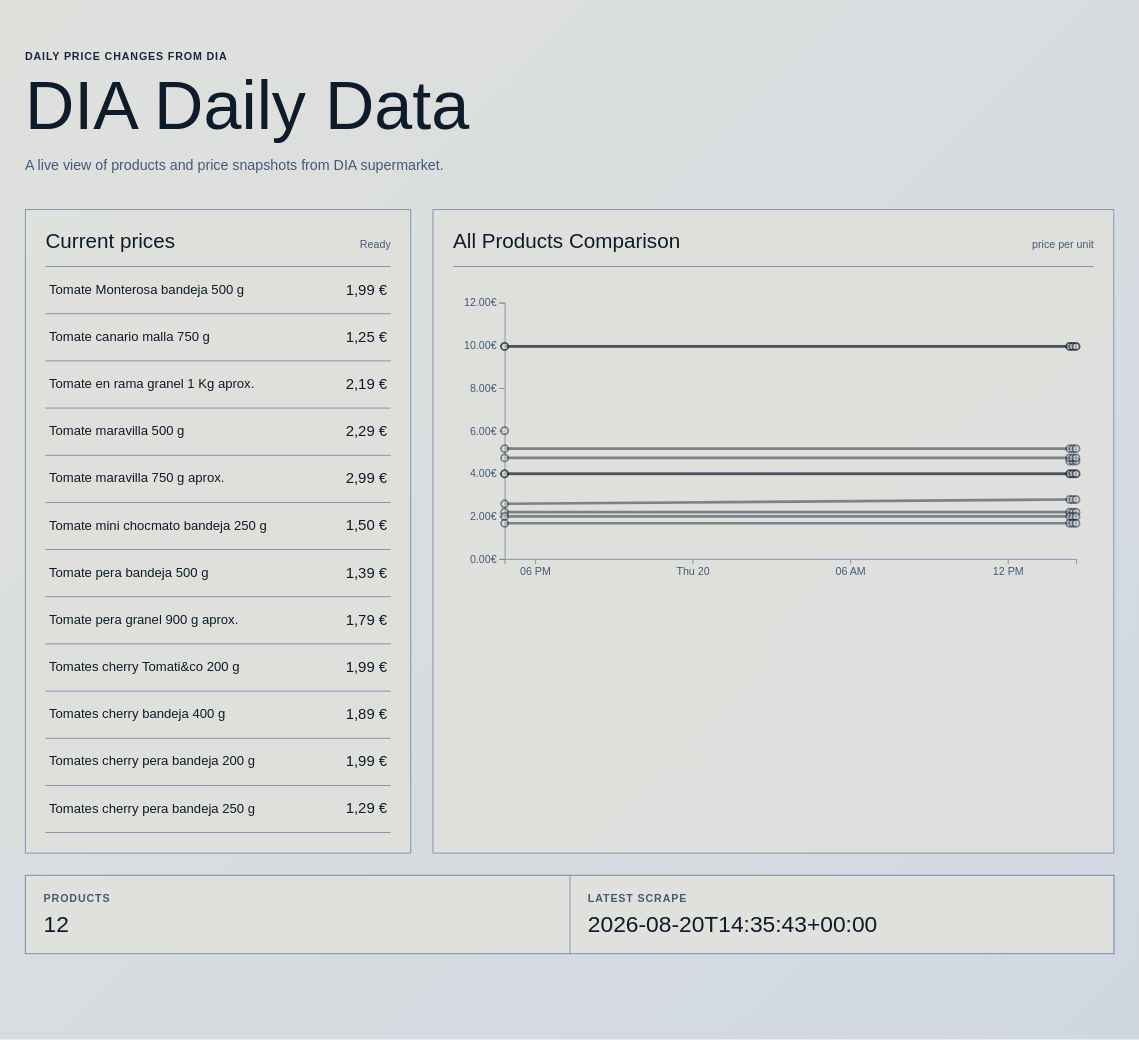
Repository: lloop/dia-daily-data
Page: http://localhost/
An editor plug-in stored every save of this project. The page is shown before and after the next save, followed by the edit.
The browser window is 1280 px wide. The pictures show the whole page, at 89% of full size.
The page is served by the project's application, run on Flask 3 (app.py). Other server files are loaded and not shown. The page reads the database file committed with the project.

Above is the page before, as saved 2026-08-20 17:21:02.

### templates/index.html
<!doctype html>
<html lang="en">
<head>
  <meta charset="utf-8">
  <meta name="viewport" content="width=device-width, initial-scale=1">
  <title>Daily Price Changes From DIA</title>
  <link rel="stylesheet" href="{{ url_for('static', filename='styles.css') }}">
</head>
<body>
  <main class="dashboard">
    <header class="dashboard__header">
      <p class="eyebrow">Daily Price Changes From DIA</p>
      <h1>DIA Daily Data</h1>
      <p class="lede">A live view of products and price snapshots from DIA supermarket.</p>
    </header>

    <section class="content-grid">
      <div class="panel">
        <div class="panel__heading">
          <h2>Current prices</h2>
          <span id="status">Loading...</span>
        </div>
        <div id="product-list" class="product-list"></div>
      </div>

      <div class="panel panel--chart">
        <div class="panel__heading">
          <h2 id="chart-title">Price history</h2>
          <span id="chart-unit"></span>
        </div>
        <svg id="price-chart" role="img" aria-label="Selected product price history"></svg>
        <p id="empty-chart" class="empty-state">Select a product to inspect its price history.</p>
      </div>
    </section>

    <section class="summary" aria-label="Database summary">
      <div><span class="summary__label">Products</span><strong id="product-count">-</strong></div>
      <div><span class="summary__label">Latest scrape</span><strong id="latest-scrape">-</strong></div>
    </section>

  </main>

  <script src="https://cdn.jsdelivr.net/npm/d3@7"></script>
  <script src="{{ url_for('static', filename='app.js') }}"></script>
</body>
</html>

### app.py
"""Flask server for exploring scraped DIA product and price data."""

import json
import sqlite3
from pathlib import Path

from flask import Flask, jsonify, render_template

from config import DATABASE_FILE


def create_app(database_path=None):
    """Create the Flask application, optionally using a test database."""
    app = Flask(__name__)
    app.config['DATABASE_FILE'] = Path(database_path or DATABASE_FILE)

    def query_database(query, parameters=()):
        database_file = app.config['DATABASE_FILE']
        if not database_file.exists():
            return []

        with sqlite3.connect(database_file) as connection:
            connection.row_factory = sqlite3.Row
            return [dict(row) for row in connection.execute(query, parameters)]

    @app.get('/')
    def index():
        return render_template('index.html')

    @app.get('/api/products')
    def products():
        rows = query_database(
            """
            SELECT
                products.id,
                products.name,
                products.item_type,
                products.metadata_json,
                latest.price,
                latest.currency,
                latest.raw_price_per_unit,
                latest.unit_price_eur,
                latest.availability,
                latest.scraped_at
            FROM products
            LEFT JOIN price_logs AS latest
                ON latest.id = (
                    SELECT price_logs.id
                    FROM price_logs
                    WHERE price_logs.product_id = products.id
                    ORDER BY price_logs.scraped_at DESC, price_logs.id DESC
                    LIMIT 1
                )
            ORDER BY products.name
            """
        )

        for row in rows:
            row['metadata'] = json.loads(row.pop('metadata_json') or '{}')

        return jsonify(rows)

    @app.get('/api/products/<int:product_id>/price-history')
    def price_history(product_id):
        rows = query_database(
            """
            SELECT price, currency, raw_price_per_unit, unit_price_eur,
                   availability, scraped_at
            FROM price_logs
            WHERE product_id = ?
            ORDER BY scraped_at, id
            """,
            (product_id,),
        )
        return jsonify(rows)

    return app


app = create_app()


if __name__ == '__main__':
    app.run(debug=True)

### static/styles.css
:root {
  color-scheme: light;
  --ink-black: #0d1b2a;
  --prussian-blue: #1b263b;
  --dusk-blue: #415a77;
  --dusty-denim: #778da9;
  --alabaster-grey: #e0e1dd;
  --ink: var(--ink-black);
  --muted: var(--dusk-blue);
  --paper: var(--alabaster-grey);
  --panel: var(--alabaster-grey);
  --line: var(--dusty-denim);
  --accent: var(--prussian-blue);
  --accent-soft: rgba(119, 141, 169, 0.2);
}

* { box-sizing: border-box; }
body { margin: 0; background: linear-gradient(135deg, var(--alabaster-grey), rgba(119, 141, 169, 0.35)); color: var(--ink); font-family: Arial, Helvetica, sans-serif;}
.dashboard { max-width: 1280px; margin: 0 auto; padding: 56px 28px 72px; }
.dashboard__header { max-width: 700px; margin-bottom: 36px; }
.eyebrow, .summary__label, #status, #chart-unit { font: 600 0.75rem/1.2 Arial, sans-serif; letter-spacing: 0.08em; text-transform: uppercase; }
.eyebrow { color: var(--accent); margin: 0 0 12px; }
h1 { font-size: clamp(2.5rem, 6vw, 5.25rem); line-height: 0.95; margin: 0 0 18px; font-weight: 500; }
.lede { color: var(--muted); font: 1rem/1.6 Arial, sans-serif; margin: 0; }
.summary { display: flex; gap: 1px; margin-bottom: 24px; background: var(--line); border: 1px solid var(--line); }
.summary > div { flex: 1; background: var(--panel); padding: 18px 20px; }
.summary__label { display: block; color: var(--muted); margin-bottom: 8px; }
.summary strong { font-size: 1.6rem; font-weight: 500; }
.content-grid { display: grid; grid-template-columns: minmax(260px, 0.85fr) minmax(420px, 1.5fr); gap: 24px; margin-bottom: 24px;}
.panel { background: rgba(224, 225, 221, 0.92); border: 1px solid var(--line); padding: 22px; min-height: 420px; }
.panel__heading { display: flex; align-items: baseline; justify-content: space-between; gap: 16px; border-bottom: 1px solid var(--line); padding-bottom: 14px; }
h2 { font-size: 1.45rem; font-weight: 500; margin: 0; }
#status, #chart-unit { color: var(--muted); letter-spacing: 0; text-transform: none; font-weight: 400; }
.product-list { display: grid; }
.product-button { display: flex; justify-content: space-between; gap: 16px; width: 100%; text-align: left; border: 0; border-bottom: 1px solid var(--line); background: transparent; color: inherit; padding: 16px 4px; cursor: pointer; }
.product-button:hover, .product-button.is-selected { background: var(--accent-soft); padding-left: 10px; padding-right: 10px; }
.product-name { font: 0.92rem/1.35 Arial, sans-serif; }
.product-price { white-space: nowrap; font-size: 1.05rem; }
#price-chart { width: 100%; height: 350px; margin-top: 20px; overflow: visible; }
.axis text { fill: var(--muted); font: 12px Arial, sans-serif; }
.axis path, .axis line { stroke: var(--line); }
.chart-line { fill: none; stroke: var(--accent); stroke-width: 3; }
.chart-dot { fill: var(--panel); stroke: var(--accent); stroke-width: 2; }
.empty-state { color: var(--muted); font: 0.95rem/1.5 Arial, sans-serif; }
@media (max-width: 800px) { .dashboard { padding: 34px 16px 48px; } .content-grid { grid-template-columns: 1fr; } .summary { flex-direction: column; } .panel--chart { min-height: 360px; } }

### output/dia_products.sqlite3 (the tables this page reads, as SQL)
CREATE TABLE price_logs (
    id INTEGER PRIMARY KEY,
    product_id INTEGER NOT NULL,
    price REAL,
    currency TEXT,
    raw_price_per_unit TEXT,
    unit_price_eur REAL,
    availability TEXT,
    scraped_at DATETIME NOT NULL,
    FOREIGN KEY (product_id) REFERENCES products(id)
);
INSERT INTO "price_logs" VALUES
(1, 1, 1.29, 'EUR', '(2,58 €/KILO)', 2.58, 'https://schema.org/InStock', '2026-08-19T16:50:45+00:00'),
(2, 2, 2.19, 'EUR', '(2,19 €/KILO)', 2.19, 'https://schema.org/InStock', '2026-08-19T16:50:45+00:00'),
(3, 3, 1.99, 'EUR', '(9,95 €/KILO)', 9.95, 'https://schema.org/InStock', '2026-08-19T16:50:45+00:00'),
(4, 4, 1.29, 'EUR', '(5,16 €/KILO)', 5.16, 'https://schema.org/InStock', '2026-08-19T16:50:45+00:00'),
(5, 5, 1.79, 'EUR', '(1,99 €/KILO)', 1.99, 'https://schema.org/InStock', '2026-08-19T16:50:45+00:00'),
(6, 6, 1.89, 'EUR', '(4,73 €/KILO)', 4.73, 'https://schema.org/InStock', '2026-08-19T16:50:45+00:00'),
(7, 7, 1.99, 'EUR', '(3,98 €/KILO)', 3.98, 'https://schema.org/InStock', '2026-08-19T16:50:45+00:00'),
(8, 8, 1.25, 'EUR', '(1,67 €/KILO)', 1.67, 'https://schema.org/InStock', '2026-08-19T16:50:45+00:00'),
(9, 9, 2.99, 'EUR', '(3,99 €/KILO)', 3.99, 'https://schema.org/OutOfStock', '2026-08-19T16:50:45+00:00'),
(10, 10, 1.5, 'EUR', '(6,00 €/KILO)', 6.0, 'https://schema.org/InStock', '2026-08-19T16:50:45+00:00'),
(11, 11, 1.99, 'EUR', '(9,95 €/KILO)', 9.95, 'https://schema.org/InStock', '2026-08-19T16:50:45+00:00'),
(12, 1, 1.39, 'EUR', '(2,78 €/KILO)', 2.78, 'https://schema.org/InStock', '2026-08-20T14:21:22+00:00'),
(13, 2, 2.19, 'EUR', '(2,19 €/KILO)', 2.19, 'https://schema.org/InStock', '2026-08-20T14:21:22+00:00'),
(14, 3, 1.99, 'EUR', '(9,95 €/KILO)', 9.95, 'https://schema.org/InStock', '2026-08-20T14:21:22+00:00'),
(15, 4, 1.29, 'EUR', '(5,16 €/KILO)', 5.16, 'https://schema.org/InStock', '2026-08-20T14:21:22+00:00'),
(16, 5, 1.79, 'EUR', '(1,99 €/KILO)', 1.99, 'https://schema.org/InStock', '2026-08-20T14:21:22+00:00'),
(17, 6, 1.89, 'EUR', '(4,73 €/KILO)', 4.73, 'https://schema.org/InStock', '2026-08-20T14:21:22+00:00'),
(18, 7, 1.99, 'EUR', '(3,98 €/KILO)', 3.98, 'https://schema.org/InStock', '2026-08-20T14:21:22+00:00'),
(19, 8, 1.25, 'EUR', '(1,67 €/KILO)', 1.67, 'https://schema.org/InStock', '2026-08-20T14:21:22+00:00'),
(20, 9, 2.99, 'EUR', '(3,99 €/KILO)', 3.99, 'https://schema.org/OutOfStock', '2026-08-20T14:21:22+00:00'),
(21, 11, 1.99, 'EUR', '(9,95 €/KILO)', 9.95, 'https://schema.org/InStock', '2026-08-20T14:21:22+00:00'),
(22, 12, 2.29, 'EUR', '(4,58 €/KILO)', 4.58, 'https://schema.org/InStock', '2026-08-20T14:21:22+00:00'),
(23, 1, 1.39, 'EUR', '(2,78 €/KILO)', 2.78, 'https://schema.org/InStock', '2026-08-20T14:28:25+00:00'),
(24, 2, 2.19, 'EUR', '(2,19 €/KILO)', 2.19, 'https://schema.org/InStock', '2026-08-20T14:28:25+00:00'),
(25, 3, 1.99, 'EUR', '(9,95 €/KILO)', 9.95, 'https://schema.org/InStock', '2026-08-20T14:28:25+00:00'),
(26, 4, 1.29, 'EUR', '(5,16 €/KILO)', 5.16, 'https://schema.org/InStock', '2026-08-20T14:28:25+00:00'),
(27, 5, 1.79, 'EUR', '(1,99 €/KILO)', 1.99, 'https://schema.org/InStock', '2026-08-20T14:28:25+00:00'),
(28, 6, 1.89, 'EUR', '(4,73 €/KILO)', 4.73, 'https://schema.org/InStock', '2026-08-20T14:28:25+00:00'),
(29, 7, 1.99, 'EUR', '(3,98 €/KILO)', 3.98, 'https://schema.org/InStock', '2026-08-20T14:28:25+00:00'),
(30, 8, 1.25, 'EUR', '(1,67 €/KILO)', 1.67, 'https://schema.org/InStock', '2026-08-20T14:28:25+00:00'),
(31, 9, 2.99, 'EUR', '(3,99 €/KILO)', 3.99, 'https://schema.org/OutOfStock', '2026-08-20T14:28:25+00:00'),
(32, 11, 1.99, 'EUR', '(9,95 €/KILO)', 9.95, 'https://schema.org/InStock', '2026-08-20T14:28:25+00:00'),
(33, 12, 2.29, 'EUR', '(4,58 €/KILO)', 4.58, 'https://schema.org/InStock', '2026-08-20T14:28:25+00:00'),
(34, 1, 1.39, 'EUR', '(2,78 €/KILO)', 2.78, 'https://schema.org/InStock', '2026-08-20T14:35:43+00:00'),
(35, 2, 2.19, 'EUR', '(2,19 €/KILO)', 2.19, 'https://schema.org/InStock', '2026-08-20T14:35:43+00:00'),
(36, 3, 1.99, 'EUR', '(9,95 €/KILO)', 9.95, 'https://schema.org/InStock', '2026-08-20T14:35:43+00:00'),
(37, 4, 1.29, 'EUR', '(5,16 €/KILO)', 5.16, 'https://schema.org/InStock', '2026-08-20T14:35:43+00:00'),
(38, 5, 1.79, 'EUR', '(1,99 €/KILO)', 1.99, 'https://schema.org/InStock', '2026-08-20T14:35:43+00:00'),
(39, 6, 1.89, 'EUR', '(4,73 €/KILO)', 4.73, 'https://schema.org/InStock', '2026-08-20T14:35:43+00:00'),
(40, 7, 1.99, 'EUR', '(3,98 €/KILO)', 3.98, 'https://schema.org/InStock', '2026-08-20T14:35:43+00:00'),
(41, 8, 1.25, 'EUR', '(1,67 €/KILO)', 1.67, 'https://schema.org/InStock', '2026-08-20T14:35:43+00:00'),
(42, 9, 2.99, 'EUR', '(3,99 €/KILO)', 3.99, 'https://schema.org/OutOfStock', '2026-08-20T14:35:43+00:00'),
(43, 11, 1.99, 'EUR', '(9,95 €/KILO)', 9.95, 'https://schema.org/InStock', '2026-08-20T14:35:43+00:00'),
(44, 12, 2.29, 'EUR', '(4,58 €/KILO)', 4.58, 'https://schema.org/InStock', '2026-08-20T14:35:43+00:00');

CREATE TABLE products (
    id INTEGER PRIMARY KEY,
    name TEXT UNIQUE NOT NULL,
    item_type TEXT,
    metadata_json TEXT NOT NULL
);
INSERT INTO "products" VALUES
(1, 'Tomate pera bandeja 500 g', 'Product', '{"type": "Product", "info_labels": ["Calibre: + 57MM-75MM", "Categoria: I", "Variedad: PERA", "Origen: PORTUGAL", "Tipo de producto: Tomates"]}'),
(2, 'Tomate en rama granel 1 Kg aprox.', 'Product', '{"type": "Product", "info_labels": ["Calibre: 57 + MM", "Categoria: I", "Variedad: RAMA", "Origen: VER ENVASE", "Tipo de producto: Tomates"]}'),
(3, 'Tomates cherry Tomati&co 200 g', 'Product', '{"type": "Product", "info_labels": ["Calibre: 18-35MM", "Categoria: I", "Variedad: VITALION", "Origen: ESPAÑA", "Tipo de producto: Tomates"]}'),
(4, 'Tomates cherry pera bandeja 250 g', 'Product', '{"type": "Product", "info_labels": ["Calibre: 17-35 MM", "Categoria: I", "Variedad: CHERRY PERA, ANGELLE", "Origen: ESPAÑA", "Tipo de producto: Tomates"]}'),
(5, 'Tomate pera granel 900 g aprox.', 'Product', '{"type": "Product", "info_labels": ["Calibre: 47-66MM", "Categoria: I", "Variedad: PERA", "Origen: PORTUGAL", "Tipo de producto: Tomates"]}'),
(6, 'Tomates cherry bandeja 400 g', 'Product', '{"type": "Product", "info_labels": ["Calibre: 18 MM - 32 MM", "Categoria: I", "Variedad: CHERRY REDONDO, KARELYA", "Origen: ESPAÑA", "Tipo de producto: Tomates"]}'),
(7, 'Tomate Monterosa bandeja 500 g', 'Product', '{"type": "Product", "info_labels": ["Calibre: +67MM-", "Categoria: I", "Variedad: MONTEROSA", "Origen: VER ENVASE", "Tipo de producto: Tomates"]}'),
(8, 'Tomate canario malla 750 g', 'Product', '{"type": "Product", "info_labels": ["Calibre: 47MM-66MM", "Categoria: I", "Variedad: -", "Origen: PORTUGAL", "Tipo de producto: Tomates"]}'),
(9, 'Tomate maravilla 750 g aprox.', 'Product', '{"type": "Product", "info_labels": ["Calibre: + 67MM", "Categoria: I", "Variedad: MARAVILLA", "Origen: ESPAÑA", "Tipo de producto: Tomates"]}'),
(10, 'Tomate mini chocmato bandeja 250 g', 'Product', '{"type": "Product", "info_labels": ["Calibre: 17-35MM", "Categoria: I", "Variedad: MINI CHOCMATO", "Origen: ESPAÑA", "Tipo de producto: Tomates"]}'),
(11, 'Tomates cherry pera bandeja 200 g', 'Product', '{"type": "Product", "info_labels": ["Calibre: 20-35 MM", "Categoria: I", "Variedad: CHERRY PERA LOBELLO", "Origen: ESPAÑA", "Tipo de producto: Tomates"]}'),
(12, 'Tomate maravilla 500 g', 'Product', '{"type": "Product", "info_labels": ["Calibre: 57 MM", "Categoria: I", "Variedad: MARAVILLA", "Origen: ESPAÑA", "Tipo de producto: Tomates"]}');

Loaded but not shown: static/app.js (179 lines, source omitted)

After the next save:
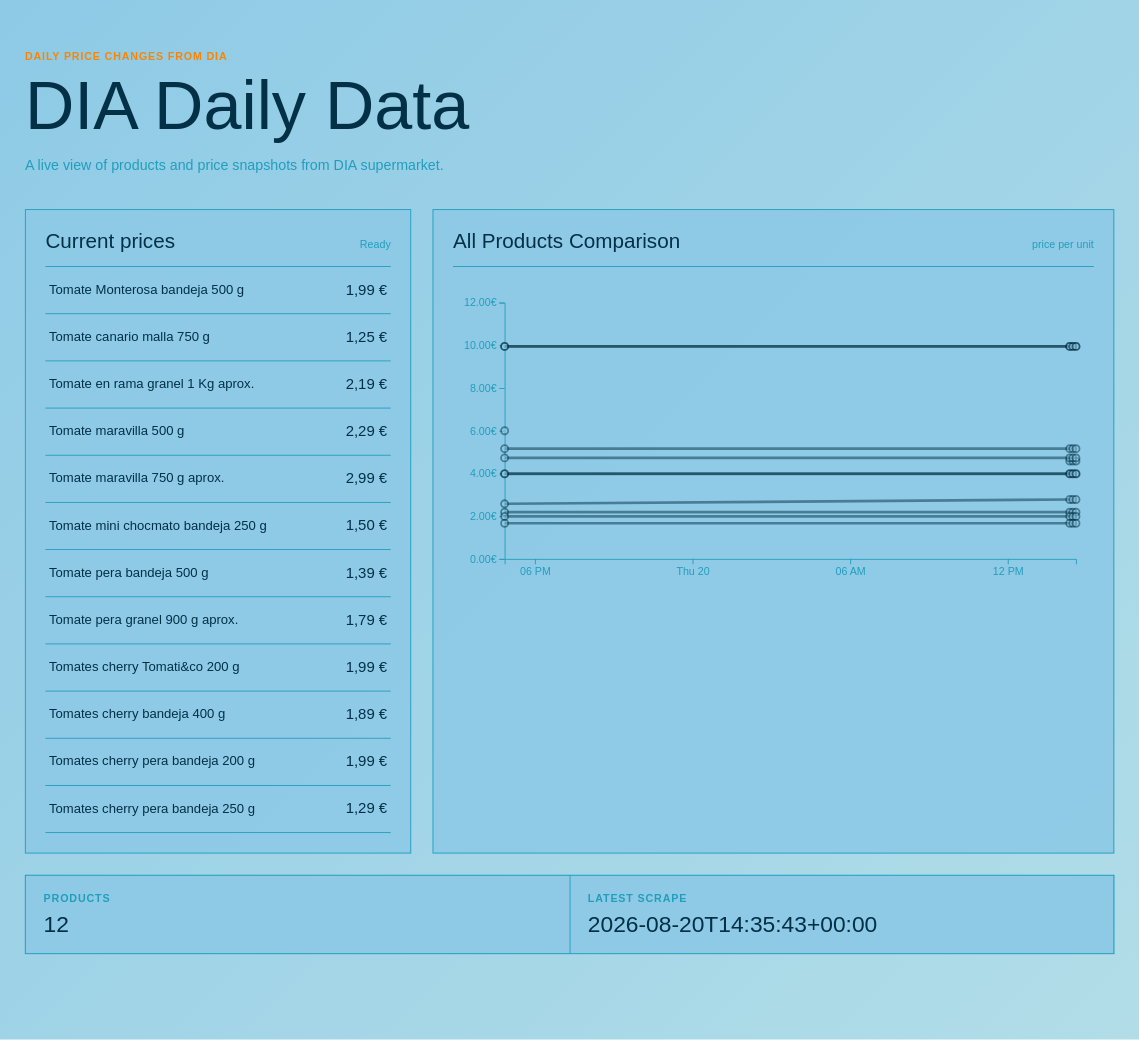
Saved 2 min 6 s later.
--- a/static/styles.css
+++ b/static/styles.css
@@ -1,25 +1,25 @@
 :root {
   color-scheme: light;
-  --ink-black: #0d1b2a;
-  --prussian-blue: #1b263b;
-  --dusk-blue: #415a77;
-  --dusty-denim: #778da9;
-  --alabaster-grey: #e0e1dd;
-  --ink: var(--ink-black);
-  --muted: var(--dusk-blue);
-  --paper: var(--alabaster-grey);
-  --panel: var(--alabaster-grey);
-  --line: var(--dusty-denim);
-  --accent: var(--prussian-blue);
-  --accent-soft: rgba(119, 141, 169, 0.2);
+  --sky-blue-light: #8ecae6;
+  --blue-green: #219ebc;
+  --deep-space-blue: #023047;
+  --amber-flame: #ffb703;
+  --princeton-orange: #fb8500;
+  --ink: var(--deep-space-blue);
+  --muted: var(--blue-green);
+  --paper: var(--sky-blue-light);
+  --panel: var(--sky-blue-light);
+  --line: var(--blue-green);
+  --accent: var(--deep-space-blue);
+  --accent-soft: rgba(255, 183, 3, 0.22);
 }
 
 * { box-sizing: border-box; }
-body { margin: 0; background: linear-gradient(135deg, var(--alabaster-grey), rgba(119, 141, 169, 0.35)); color: var(--ink); font-family: Arial, Helvetica, sans-serif;}
+body { margin: 0; background: linear-gradient(135deg, var(--sky-blue-light), rgba(33, 158, 188, 0.35)); color: var(--ink); font-family: Arial, Helvetica, sans-serif;}
 .dashboard { max-width: 1280px; margin: 0 auto; padding: 56px 28px 72px; }
 .dashboard__header { max-width: 700px; margin-bottom: 36px; }
 .eyebrow, .summary__label, #status, #chart-unit { font: 600 0.75rem/1.2 Arial, sans-serif; letter-spacing: 0.08em; text-transform: uppercase; }
-.eyebrow { color: var(--accent); margin: 0 0 12px; }
+.eyebrow { color: var(--princeton-orange); margin: 0 0 12px; }
 h1 { font-size: clamp(2.5rem, 6vw, 5.25rem); line-height: 0.95; margin: 0 0 18px; font-weight: 500; }
 .lede { color: var(--muted); font: 1rem/1.6 Arial, sans-serif; margin: 0; }
 .summary { display: flex; gap: 1px; margin-bottom: 24px; background: var(--line); border: 1px solid var(--line); }
@@ -27,7 +27,7 @@
 .summary__label { display: block; color: var(--muted); margin-bottom: 8px; }
 .summary strong { font-size: 1.6rem; font-weight: 500; }
 .content-grid { display: grid; grid-template-columns: minmax(260px, 0.85fr) minmax(420px, 1.5fr); gap: 24px; margin-bottom: 24px;}
-.panel { background: rgba(224, 225, 221, 0.92); border: 1px solid var(--line); padding: 22px; min-height: 420px; }
+.panel { background: rgba(142, 202, 230, 0.92); border: 1px solid var(--line); padding: 22px; min-height: 420px; }
 .panel__heading { display: flex; align-items: baseline; justify-content: space-between; gap: 16px; border-bottom: 1px solid var(--line); padding-bottom: 14px; }
 h2 { font-size: 1.45rem; font-weight: 500; margin: 0; }
 #status, #chart-unit { color: var(--muted); letter-spacing: 0; text-transform: none; font-weight: 400; }
